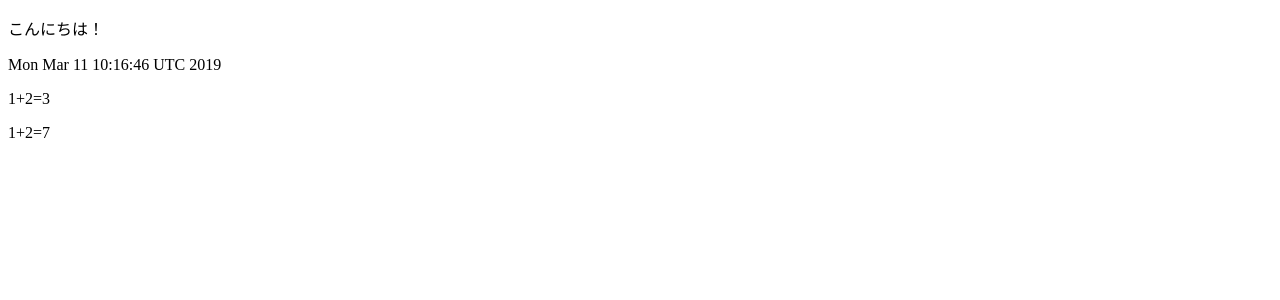
Repository: izumiisme/test
Page: http://localhost/HelloJSP/
These files come from the project's save history. The page is drawn as it stood at one moment and after the next save; the edit follows.
The browser window is 1280 px wide. The pictures show the whole page.
The page is served by Tomcat 9.

Above is the page before, as saved 2019-03-11 10:38:40.

After the next save:
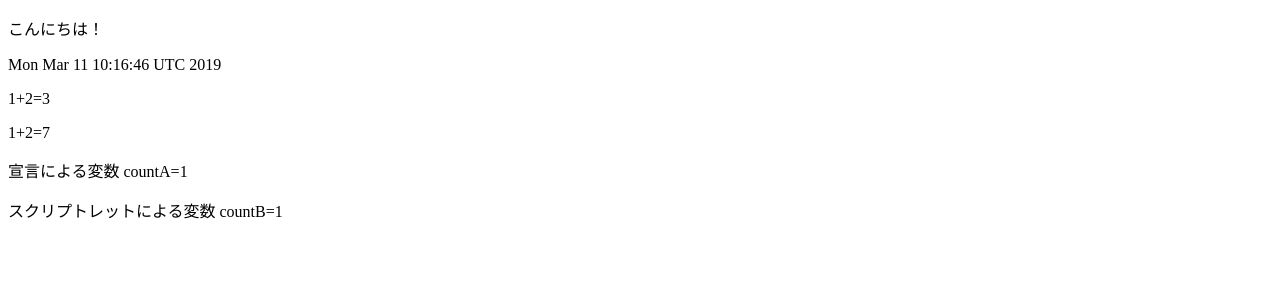
Saved 23 min 1 s later.
--- a/HelloJSP/WebContent/index.jsp
+++ b/HelloJSP/WebContent/index.jsp
@@ -21,6 +21,19 @@
 
 
 
+<%! static int countA=0; %>
+
+<%
+int countB=0;
+countA++;
+countB++;
+
+%>
+
+<p>宣言による変数 countA=<%=countA %></p>
+<p>スクリプトレットによる変数 countB=<%=countB %></p>
+
+
 
 </body>
 </html>
